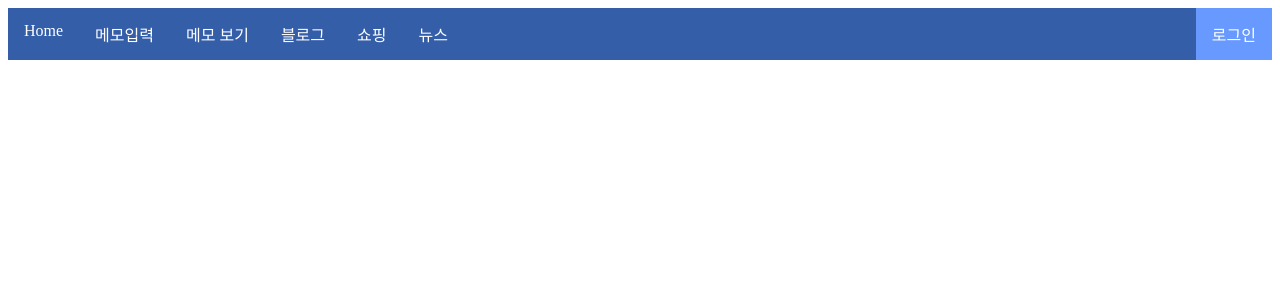
Repository: kdh2212/KDT_code
Page: http://localhost/20250806Web/
These files come from the project's save history. The page is drawn as it stood at one moment and after the next save; the edit follows.
The browser window is 1280 px wide. The pictures show the whole page.
The page is served by Tomcat 9.

Above is the page before, as saved 2025-08-06 07:30:58.

After the next save:
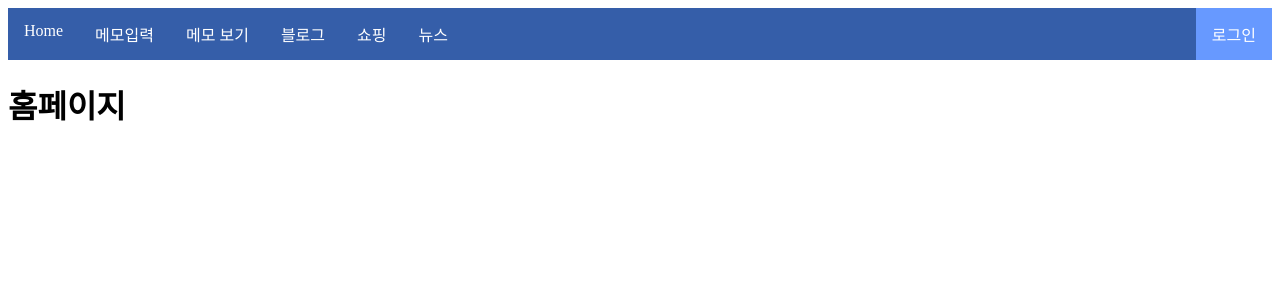
Saved 50 s later.
--- a/20250806Web/src/main/webapp/index.jsp
+++ b/20250806Web/src/main/webapp/index.jsp
@@ -81,4 +81,5 @@
 		  <li style="float:right"><a class="active" href="#login">로그인</a></li>
 	</ul>
 </body>
+<h1> 홈페이지 </h1>
 </html>
